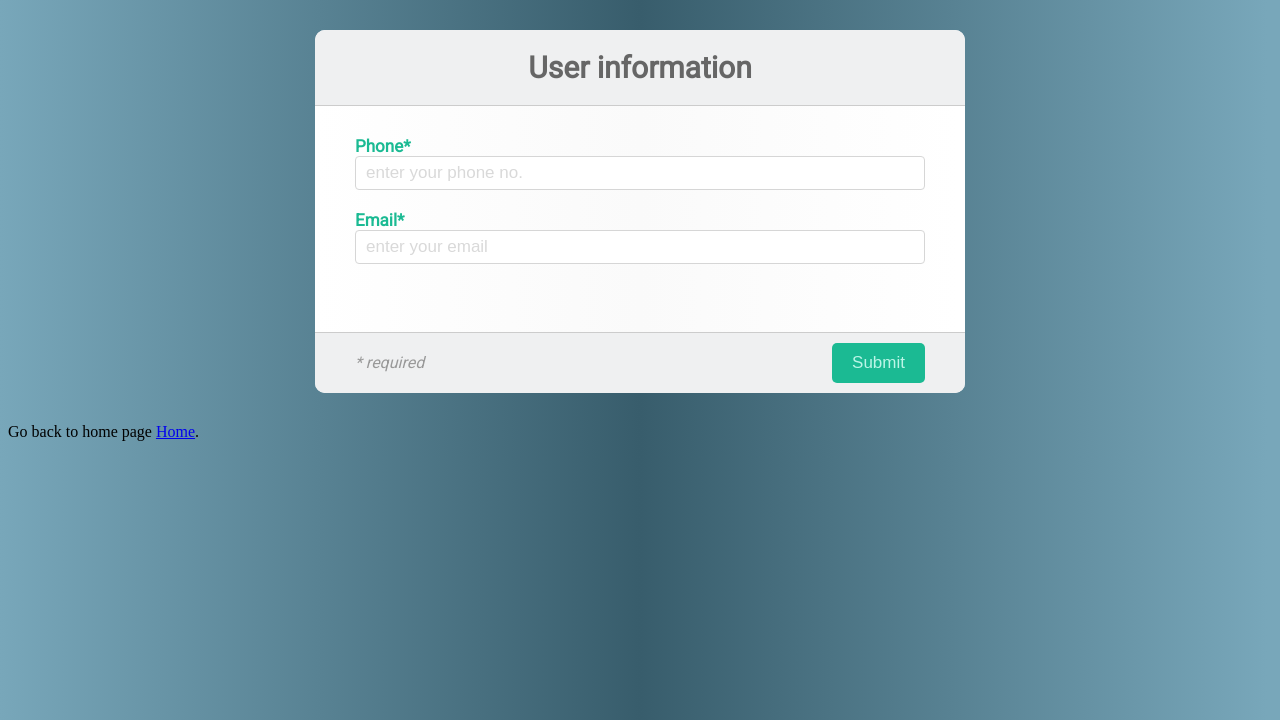
Repository: HT13M19/kuldeep
Page: GGGG/Demo2/src/main/webapp/UserInfo2.html
These files come from the project's save history. The page is drawn as it stood at one moment and after the next save; the edit follows.
The browser window is 1280 px wide. The pictures show the whole page.

Above is the page before, as saved 2023-09-24 09:41:02.

### GGGG/Demo2/src/main/webapp/UserInfo2.html
<!DOCTYPE html>
<html>
  <head>
    <meta charset="utf-8">
    <title>HTML CSS Register Form</title>
    <link rel="stylesheet" href="style.css">
  </head>
  <body>
    <form class="signup-form" action="userinfo" method="get">
      <!-- form header -->
      <div class="form-header">
        <h1>User information</h1>
      </div>

      <!-- form body -->
      <div class="form-body">
        <!-- Phone-->
        <div class="form-group">
          <label for="Phone" class="label-title">Phone*</label>
          <input type="text" id="phone" name="PHONE" class="form-input" placeholder="enter your phone no." required="required" maxlength="10">
        </div>

        <!-- Email -->
        <div class="form-group">
          <label for="email" class="label-title">Email*</label>
          <input type="email" id="email" name="EMAIL" class="form-input" placeholder="enter your email" required="required">
        </div>

         </div>

<br>
<br>

      <!-- form-footer -->
      <div class="form-footer">
        <span>* required</span>

        <button type="submit" class="btn">Submit</button>
      </div>

    </form>
     <p>Go back to home page <a href="main.jsp">Home</a>.</p>

  </body>
</html>

### GGGG/Demo2/src/main/webapp/style.css

/*---------------------------------------*/
/* Font */
/*---------------------------------------*/
@import url('https://fonts.googleapis.com/css?family=Roboto');


/*---------------------------------------*/
/* Register Form */
/*---------------------------------------*/
body {
  background:linear-gradient(to right, #78a7ba 0%, #385D6C 50%, #78a7ba 99%);
}

.signup-form {
  font-family: "Roboto", sans-serif;
  width:650px;
  margin:30px auto;
  background:linear-gradient(to right, #ffffff 0%, #fafafa 50%, #ffffff 99%);
  border-radius: 10px;
}

/*---------------------------------------*/
/* Form Header */
/*---------------------------------------*/
.form-header  {
  background-color: #EFF0F1;
  border-top-left-radius: 10px;
  border-top-right-radius: 10px;
}

.form-header h1 {
  font-size: 30px;
  text-align:center;
  color:#666;
  padding:20px 0;
  border-bottom:1px solid #cccccc;
}

/*---------------------------------------*/
/* Form Body */
/*---------------------------------------*/
.form-body {
  padding:10px 40px;
  color:#666;
}

.form-group{
  margin-bottom:20px;
}

.form-body .label-title {
  color:#1BBA93;
  font-size: 17px;
  font-weight: bold;
}

.form-body .form-input {
    font-size: 17px;
    box-sizing: border-box;
    width: 100%;
    height: 34px;
    padding-left: 10px;
    padding-right: 10px;
    color: #333333;
    text-align: left;
    border: 1px solid #d6d6d6;
    border-radius: 4px;
    background: white;
    outline: none;
}



.horizontal-group .left{
  float:left;
  width:49%;
}

.horizontal-group .right{
  float:right;
  width:49%;
}

input[type="file"] {
  outline: none;
  cursor:pointer;
  font-size: 17px;
}

#range-label {
  width:15%;
  padding:5px;
  background-color: #1BBA93;
  color:white;
  border-radius: 5px;
  font-size: 17px;
  position: relative;
  top:-8px;
}


::-webkit-input-placeholder  {
  color:#d9d9d9;
}

/*---------------------------------------*/
/* Form Footer */
/*---------------------------------------*/
.signup-form .form-footer  {
  background-color: #EFF0F1;
  border-bottom-left-radius: 10px;
  border-bottom-right-radius: 10px;
  padding:10px 40px;
  text-align: right;
  border-top: 1px solid #cccccc;
  clear:both;
}

.form-footer span {
  float:left;
  margin-top: 10px;
  color:#999;
  font-style: italic;
  font-weight: thin;
}

.btn {
   display:inline-block;
   padding:10px 20px;
   background-color: #1BBA93;
   font-size:17px;
   border:none;
   border-radius:5px;
   color:#bcf5e7;
   cursor:pointer;
}

.btn:hover {
  background-color: #169c7b;
  color:white;
}

After the next save:
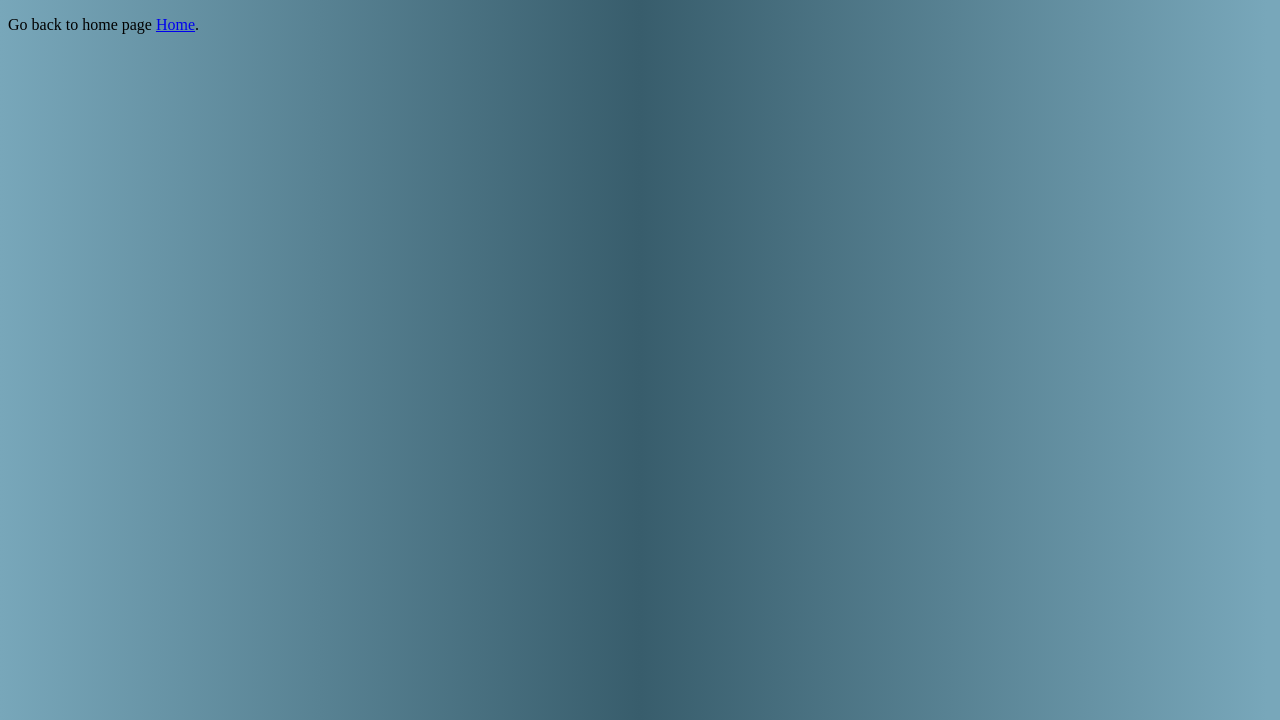
Saved 9 s later.
--- a/GGGG/Demo2/src/main/webapp/UserInfo2.html
+++ b/GGGG/Demo2/src/main/webapp/UserInfo2.html
@@ -6,39 +6,7 @@
     <link rel="stylesheet" href="style.css">
   </head>
   <body>
-    <form class="signup-form" action="userinfo" method="get">
-      <!-- form header -->
-      <div class="form-header">
-        <h1>User information</h1>
-      </div>
 
-      <!-- form body -->
-      <div class="form-body">
-        <!-- Phone-->
-        <div class="form-group">
-          <label for="Phone" class="label-title">Phone*</label>
-          <input type="text" id="phone" name="PHONE" class="form-input" placeholder="enter your phone no." required="required" maxlength="10">
-        </div>
-
-        <!-- Email -->
-        <div class="form-group">
-          <label for="email" class="label-title">Email*</label>
-          <input type="email" id="email" name="EMAIL" class="form-input" placeholder="enter your email" required="required">
-        </div>
-
-         </div>
-
-<br>
-<br>
-
-      <!-- form-footer -->
-      <div class="form-footer">
-        <span>* required</span>
-
-        <button type="submit" class="btn">Submit</button>
-      </div>
-
-    </form>
      <p>Go back to home page <a href="main.jsp">Home</a>.</p>
 
   </body>
